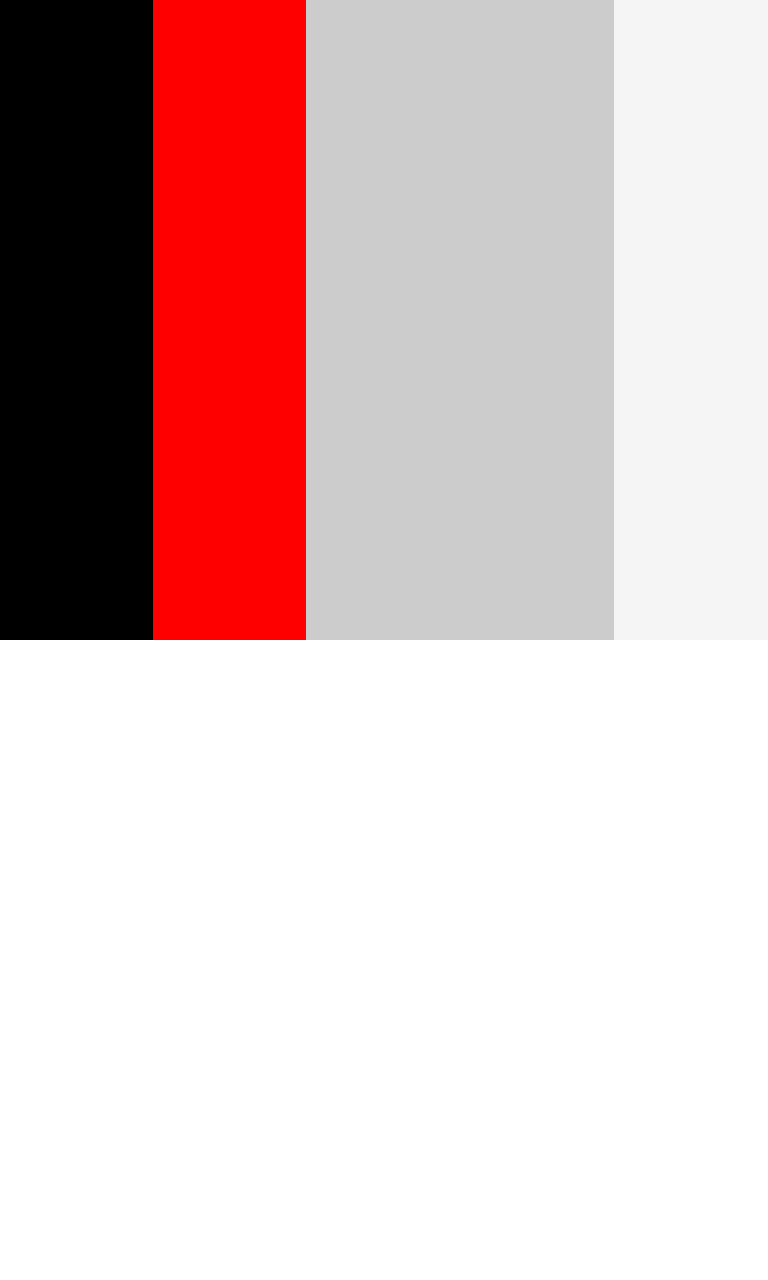
Repository: qwer2714856/Android_learn
Layout: linearylayout/res/layout/activity_main.xml
These files come from the project's save history. The layout is drawn as it stood at one moment and after the next save; the edit follows.
It is drawn on a 768 x 1280 px phone screen (xhdpi) without system bars, with theme AppTheme; the app's code is not run.

Above is the layout before, as saved 2015-09-28 08:28:35.

### linearylayout/res/layout/activity_main.xml
<LinearLayout xmlns:android="http://schemas.android.com/apk/res/android"
    xmlns:tools="http://schemas.android.com/tools"
    android:layout_width="match_parent"
    android:layout_height="match_parent"
    android:orientation="vertical"
    tools:context="com.example.linearylayout.MainActivity" >

    <LinearLayout
        android:layout_width="match_parent"
        android:layout_height="0dp"
        android:layout_weight="1"
        android:orientation="horizontal"
        >
        <TextView
            android:layout_width="0dp"
            android:layout_height="match_parent"
            android:layout_weight="1"
            android:background="#000000"
            />

        <TextView
            android:layout_width="0dp"
            android:layout_height="match_parent"
            android:layout_weight="1"
            android:background="#ff0000"
            />


        <TextView
            android:layout_width="0dp"
            android:layout_height="match_parent"
            android:layout_weight="1"
            android:background="#cccccc"
            />

          <TextView
            android:layout_width="0dp"
            android:layout_height="match_parent"
            android:layout_weight="1"
            android:background="#cccccc"
            />


        <TextView
            android:layout_width="0dp"
            android:layout_height="match_parent"
            android:layout_weight="1"
            android:background="#f5f5f5"
            />

    </LinearLayout>

    <LinearLayout
        android:layout_width="match_parent"
        android:layout_height="0dp"
        android:layout_weight="1"
        android:orientation="vertical"
        >



    </LinearLayout>


</LinearLayout>

Loaded but not shown: linearylayout/res/values/styles.xml (common file); linearylayout/res/values-v11/styles.xml (common file); linearylayout/res/values-v14/styles.xml (common file)

After the next save:
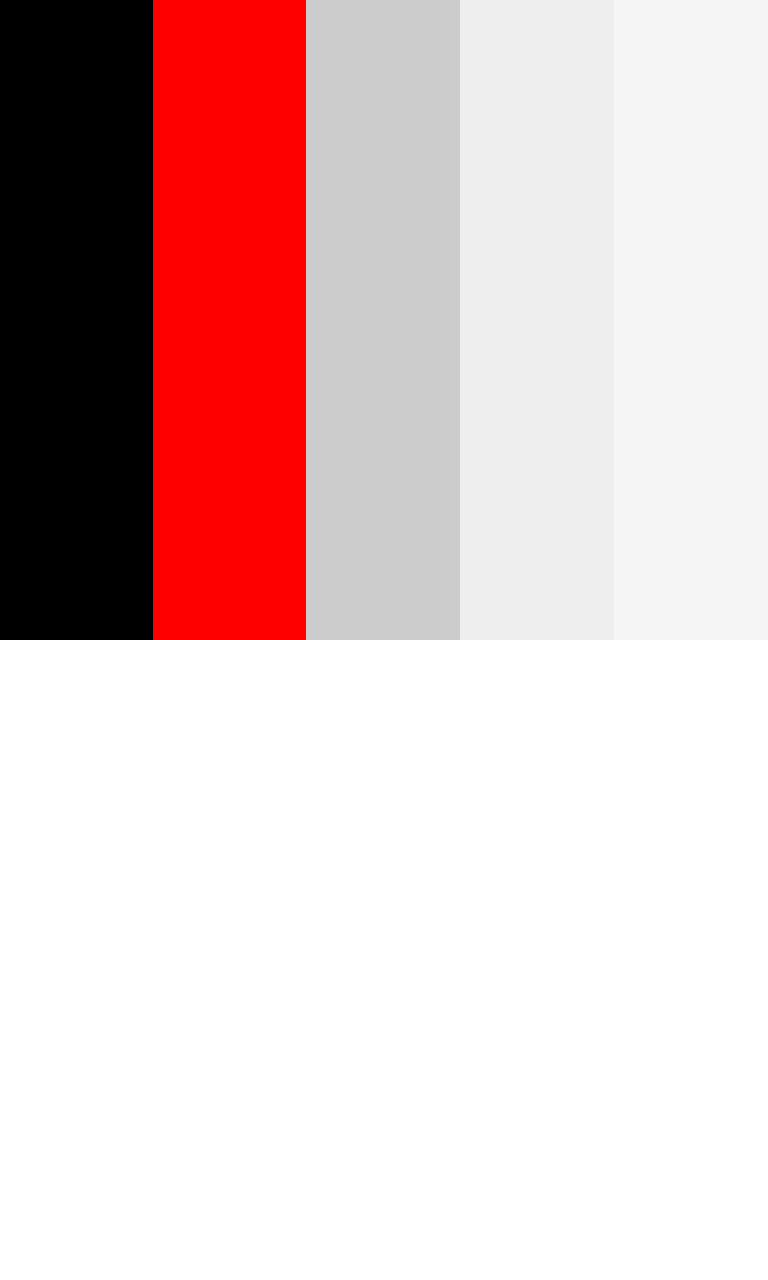
Saved 6 s later.
--- a/linearylayout/res/layout/activity_main.xml
+++ b/linearylayout/res/layout/activity_main.xml
@@ -37,7 +37,7 @@
             android:layout_width="0dp"
             android:layout_height="match_parent"
             android:layout_weight="1"
-            android:background="#cccccc"
+            android:background="#eeeeee"
             />
 
 
